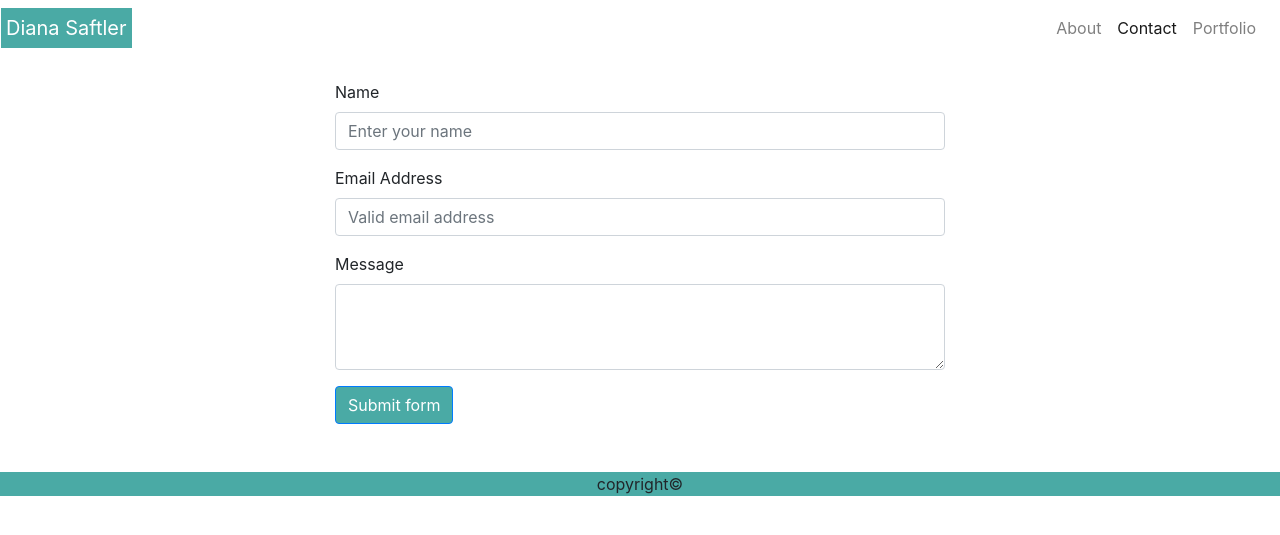
Repository: dsaftler/Bootstrap-Portfolio
Page: contact.html
These files come from the project's save history. The page is drawn as it stood at one moment and after the next save; the edit follows.
The browser window is 1280 px wide. The pictures show the whole page.

Above is the page before, as saved 2019-03-21 01:09:12.

After the next save:
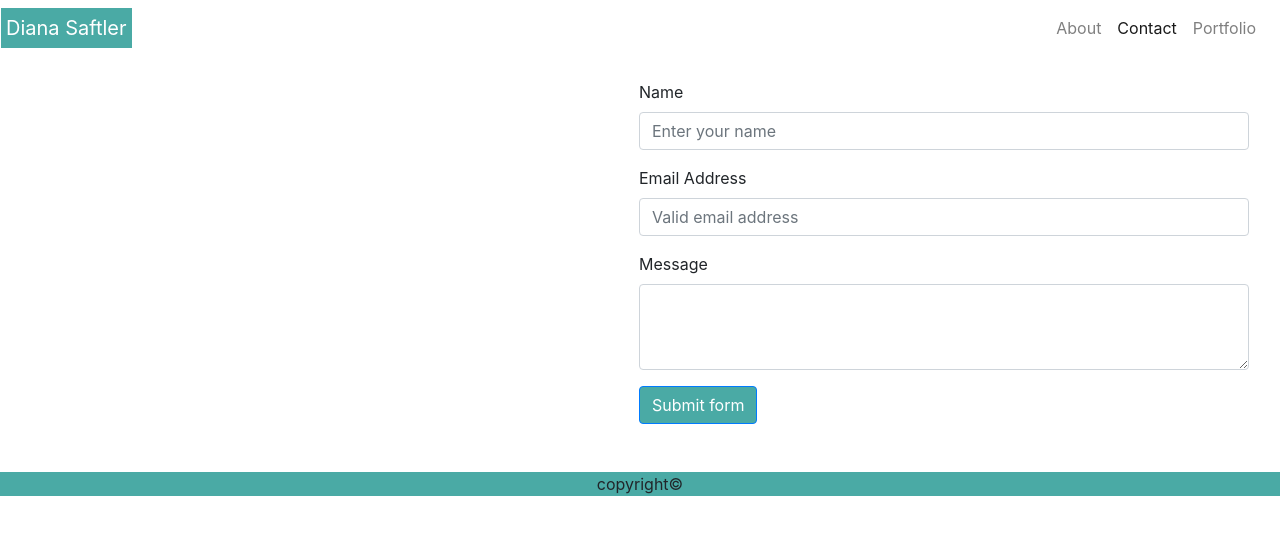
Saved 2 min 23 s later.
--- a/contact.html
+++ b/contact.html
@@ -29,7 +29,7 @@
           </ul>
         </div>
       </nav>
-      <div class="container col-sm-6 mr-auto">
+      <div class="container col-sm-6 mr-3">
           <form>
               <div class="form-group">
                 <br>
